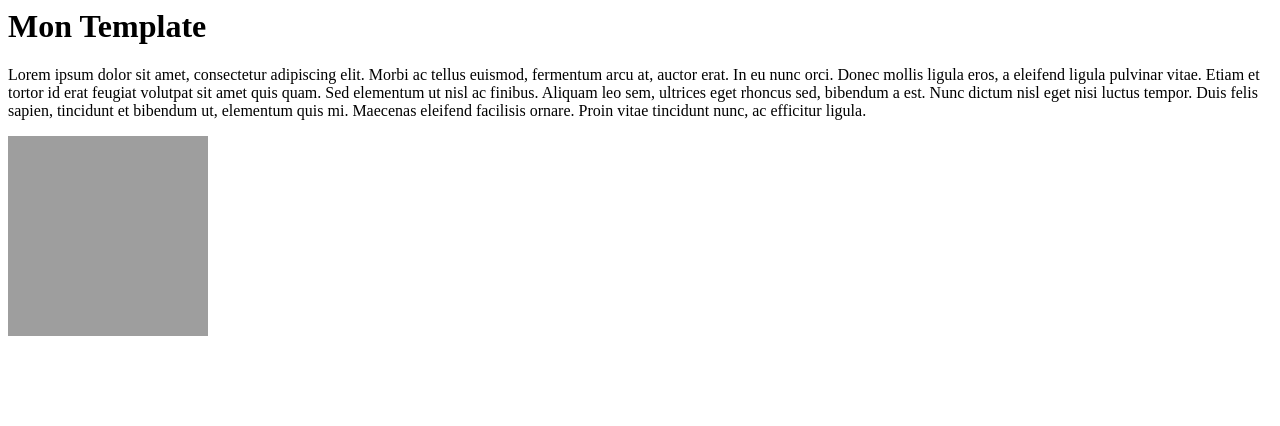
Repository: alvesamour/wf
Page: http://localhost/views/homepage.html.php
These files come from the project's save history. The page is drawn as it stood at one moment and after the next save; the edit follows.
The browser window is 1280 px wide. The pictures show the whole page.
Pictures or frames that could not be fetched are drawn as grey boxes. The page is run by PHP 8.4 with error messages shown; the project is at /var/www/html/.

Above is the page before, as saved 2018-11-19 09:29:23.

### OOP/microforce/views/homepage.html.php
<!DOCTYPE>
<html>
	<head>
	<meta charset="UTF-8">
		<title>Mon site Web MicroForce</title>
	</head>

	<body>
		<h1>Mon Template</h1>

		<p>
			Lorem ipsum dolor sit amet, consectetur adipiscing elit. Morbi ac tellus euismod, fermentum arcu at, auctor erat. In eu nunc orci. Donec mollis ligula eros, a eleifend ligula pulvinar vitae. Etiam et tortor id erat feugiat volutpat sit amet quis quam. Sed elementum ut nisl ac finibus. Aliquam leo sem, ultrices eget rhoncus sed, bibendum a est. Nunc dictum nisl eget nisi luctus tempor. Duis felis sapien, tincidunt et bibendum ut, elementum quis mi. Maecenas eleifend facilisis ornare. Proin vitae tincidunt nunc, ac efficitur ligula.

		</p>
		<img src="https://picsum.photos/200" alt="Aleatoire">

	</body>
</html>

After the next save:
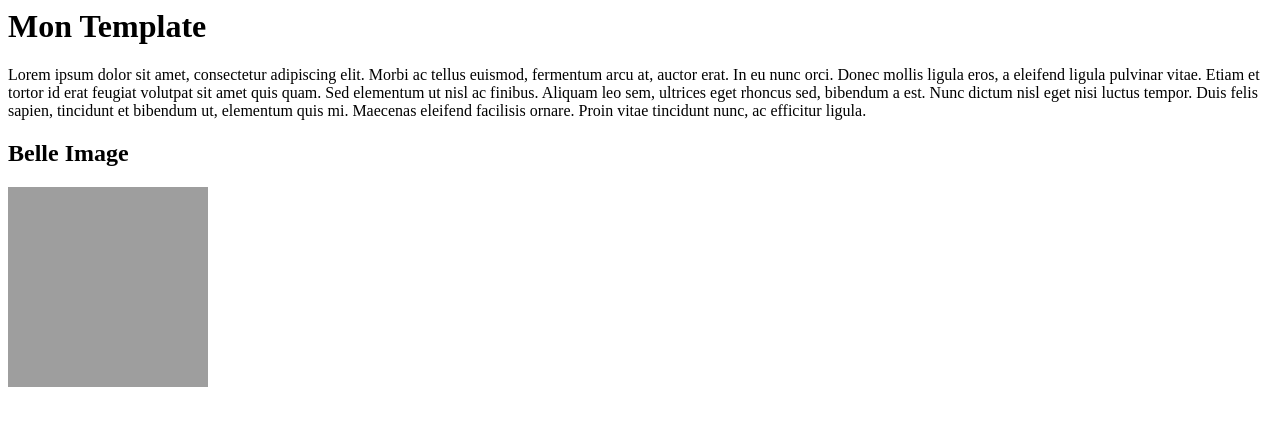
Saved 36 s later.
--- a/OOP/microforce/views/homepage.html.php
+++ b/OOP/microforce/views/homepage.html.php
@@ -12,7 +12,10 @@
 			Lorem ipsum dolor sit amet, consectetur adipiscing elit. Morbi ac tellus euismod, fermentum arcu at, auctor erat. In eu nunc orci. Donec mollis ligula eros, a eleifend ligula pulvinar vitae. Etiam et tortor id erat feugiat volutpat sit amet quis quam. Sed elementum ut nisl ac finibus. Aliquam leo sem, ultrices eget rhoncus sed, bibendum a est. Nunc dictum nisl eget nisi luctus tempor. Duis felis sapien, tincidunt et bibendum ut, elementum quis mi. Maecenas eleifend facilisis ornare. Proin vitae tincidunt nunc, ac efficitur ligula.
 
 		</p>
-		<img src="https://picsum.photos/200" alt="Aleatoire">
+		<p>
+		<h2>Belle Image</h2>
+			<img src="https://picsum.photos/200" alt="Aleatoire">
+		</p>
 
 	</body>
 </html>
